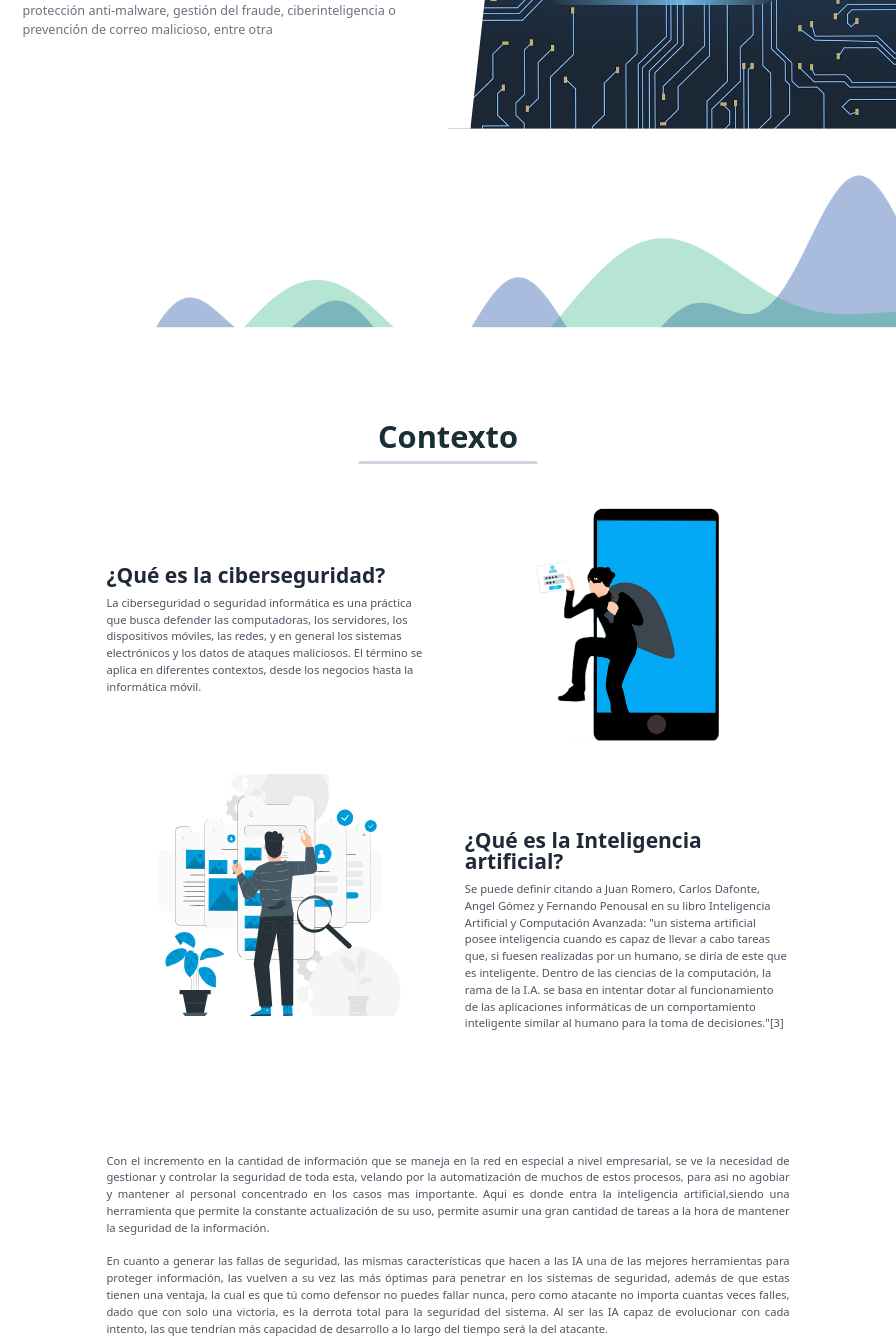
Repository: cardacar/fdi-2022
Page: /
An editor plug-in stored every save of this project. The page is shown before and after the next save, followed by the edit.
The browser window is 1280 px wide. The pictures show the part of the page from y = 674 to 2594 px (the page is 6526 px tall before and 6078 px after), at 70% of full size.
The project was rebuilt for these pictures with package versions that can differ from the ones it lists, and the page was loaded fresh each time. The framework's server and built-in components were replaced by stand-ins that run in the browser. Also part of the build but not shown: next.config.js.

Above is the page before, as saved 2022-08-07 16:36:52.

After the next save:
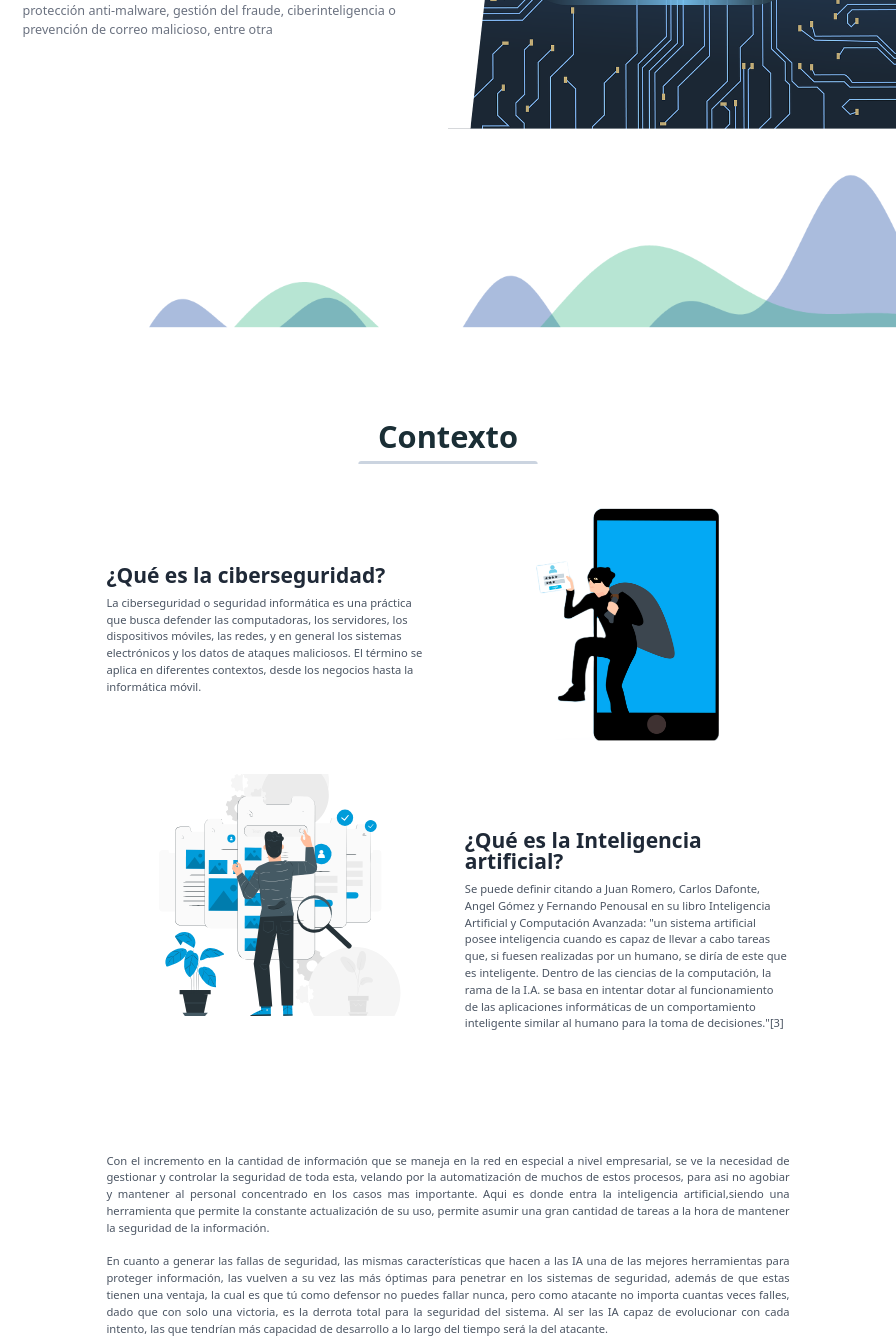
Saved 15 s later.
--- a/src/components/Problema.tsx
+++ b/src/components/Problema.tsx
@@ -39,14 +39,7 @@ const Problema = () => {
             </div>
           </div>
           <div className={`flex flex-wrap`}>
-          <div className={`w-5/6 sm:w-1/2 p-6 mt-20`}>
-            <h3
-              className={`text-3xl text-gray-800 font-bold leading-none mb-3`}
-            >
-              {"prueba"}
-            </h3>
-            <p className={`text-gray-600`}>{"prueba1"}</p>
-          </div>
+
 
           <div className={`w-full sm:w-1/2 p-6`}>
             <img
